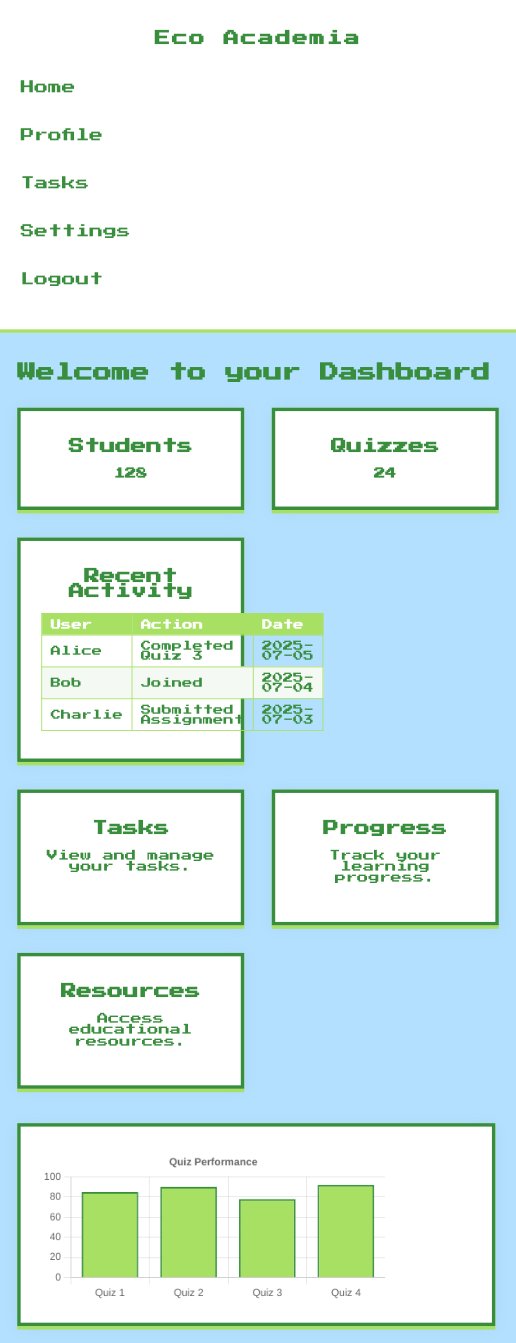
Repository: hotaruhshs/eco-academia
Page: admin/dashboard.html
An editor plug-in stored every save of this project. The page is shown before and after the next save, followed by the edit.
The browser window is 600 px wide. The pictures show the whole page, at 86% of full size.

Above is the page before, as saved 2025-07-06 01:43:31.

After the next save:
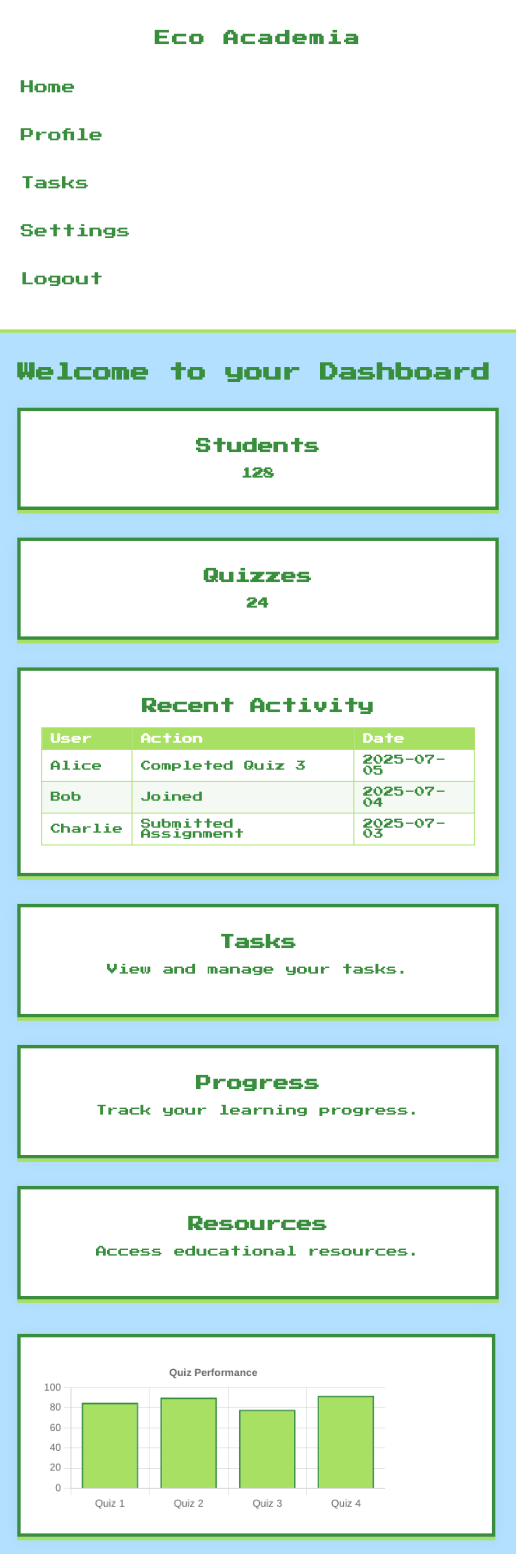
Saved 30 s later.
--- a/admin/css/dashboard.css
+++ b/admin/css/dashboard.css
@@ -71,16 +71,18 @@ body::after {
 }
 .cards {
   display: grid;
-  grid-template-columns: repeat(auto-fit, minmax(220px, 1fr));
+  grid-template-columns: repeat(3, 1fr);
   gap: 32px;
   margin-top: 30px;
+  width: 100%;
 }
 .metrics-cards {
   display: grid;
-  grid-template-columns: repeat(auto-fit, minmax(220px, 1fr));
+  grid-template-columns: repeat(3, 1fr);
   gap: 32px;
   margin-top: 30px;
   margin-bottom: 32px;
+  width: 100%;
 }
 .card {
   background: #fff;
@@ -177,6 +179,16 @@ body::after {
   max-width: 500px;
 }
 
+@media (max-width: 1100px) {
+  .metrics-cards, .cards {
+    grid-template-columns: repeat(2, 1fr);
+  }
+}
+@media (max-width: 700px) {
+  .metrics-cards, .cards {
+    grid-template-columns: 1fr;
+  }
+}
 @media (max-width: 900px) {
   .main-content {
     padding: 20px;
